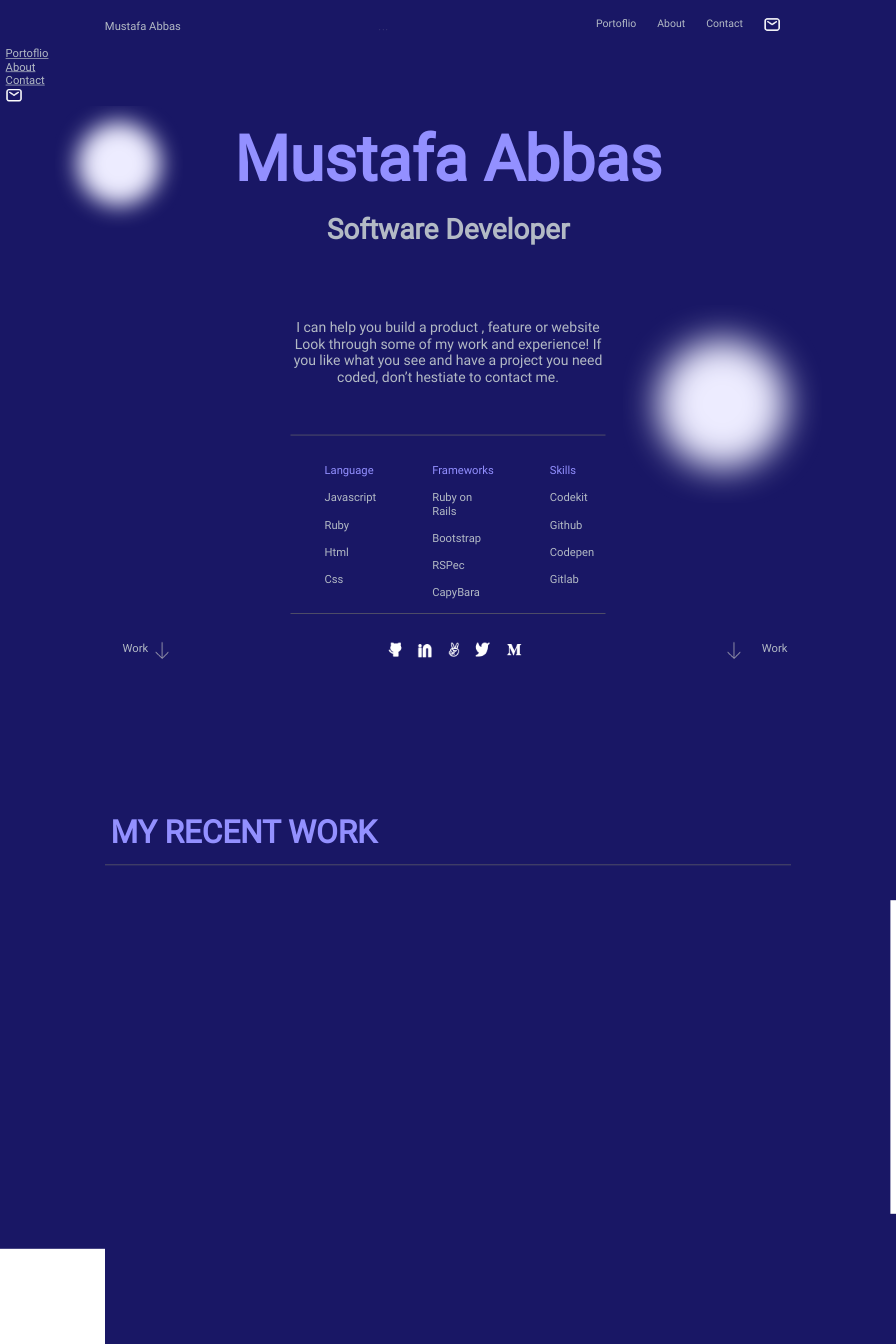
Repository: mustabbas/Portfolio
Page: index.html
The author's editor kept a copy of each file at every save. The page is drawn from the files as they stood at one save, then again after the next save.
The browser window is 1280 px wide. The pictures show the part of the page from y = 0 to 1920 px (the page is 4813 px tall before and 4832 px after), at 70% of full size.

Above is the page before, as saved 2021-08-30 19:05:56.

After the next save:
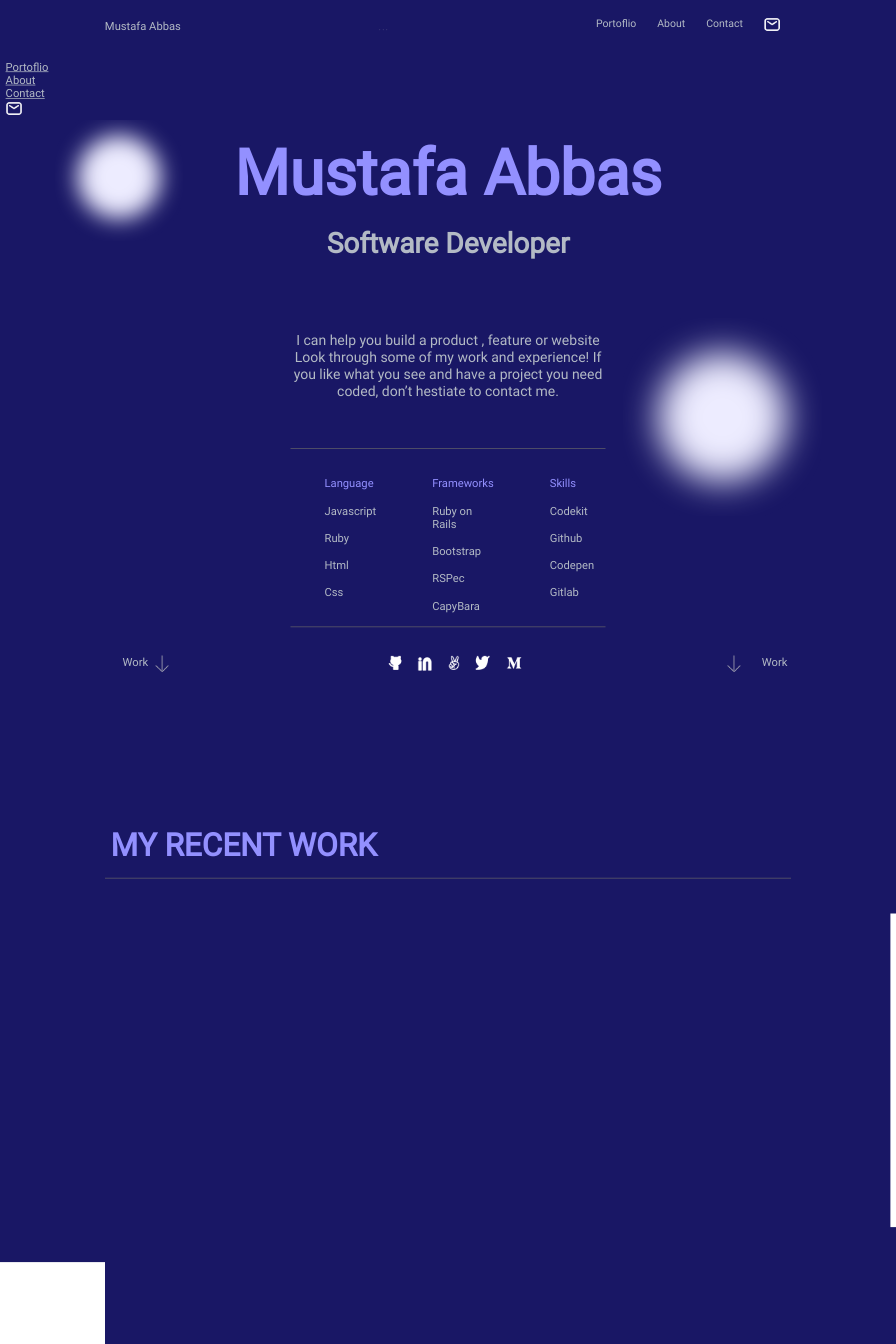
Saved 6 min 57 s later.
--- a/index.html
+++ b/index.html
@@ -36,6 +36,8 @@
           </li>
         </ul>
       </header>
+      <div>
+        <img>
       <ul class="mobile-nav">
         <li><a href="#">Portoflio</a></li>
         <li><a href="#">About</a></li>
@@ -44,6 +46,7 @@
           <a href="#"><img class="email-pic" src="./assets/img/Icon-Mail.png" alt="email" /></a>
         </li>
       </ul>
+     </div>
       <div class="head-wraper">
         <div class="title-wraper">
           <h1>Mustafa Abbas</h1>
